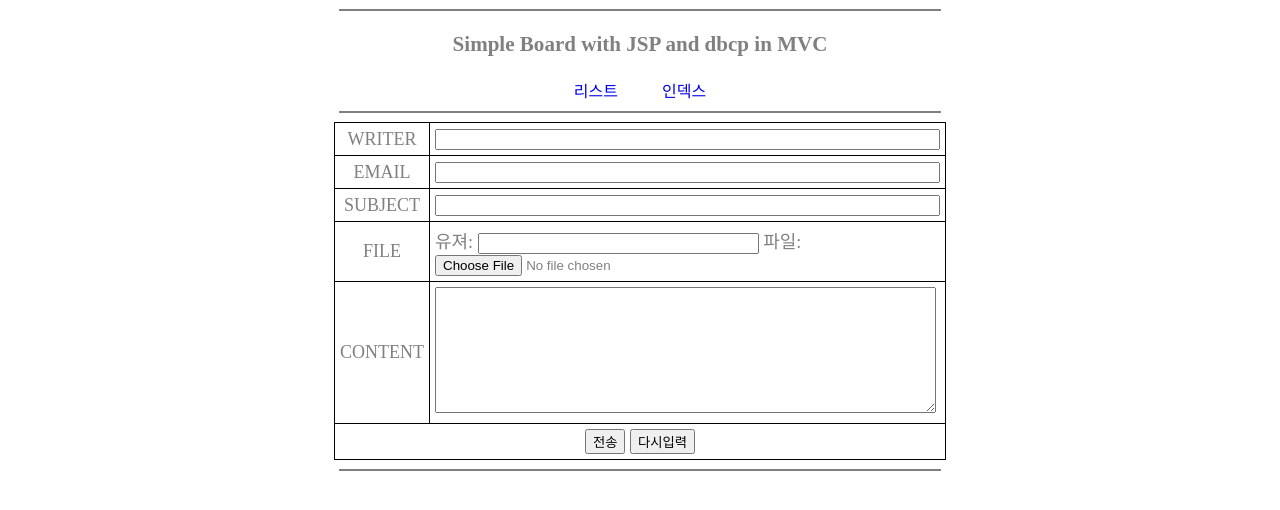
Repository: betweenhj702/Web-App-Server-Practices
Page: http://localhost/MvcPj/sm/write_jsp.jsp
The author's editor kept a copy of each file at every save. The page is drawn from the files as they stood at one save, then again after the next save.
The browser window is 1280 px wide. The pictures show the whole page.
The page is served by Tomcat 9. Other server files are loaded and not shown.

Above is the page before, as saved 2021-01-06 13:00:34.
Console error: TypeError: input.writer.focus is not a function

### workspace/MvcPj/WebContent/sm/write_jsp.jsp
<%@page contentType="text/html;charset=utf-8"%>
<!DOCTYPE html>
<html>
  <head>
    <meta charset="utf-8">
    <title>Simple Board with JSP and dbcp in MVC</title>
    <style>
		table, th, td {
		   border: 1px solid black;
		   border-collapse: collapse;
		}
		th, td {
		   padding: 5px;
		}
		a { text-decoration:none }
	</style>
	<script src="../js/check.js"></script>
	<script language="javascript">
	   function check()
	   {
	       for(var i=0; i<document.input.elements.length; i++)
		   {
		      var inputElem = document.input.elements[i]
			  if(inputElem.value == "")
			  {
			     alert("모든 값을 입력 하셔야 합니다. ");
				 return false;
			  }
		   }
			var writerval = input.writer.value;
			writerval = trim(writerval);
			pass = checkByteLen(writerval, 21);
			if(!pass){
				alert("이름 7자이하");
				input.writer.focus();
				return false;
			}
			var emailval = input.email.value;
			emailval = trim(emailval);
			pass = checkByteLen(emailval, 30);
			if(!pass){
				alert("이메일 10자이하");
				input.email.focus();
				return false;
			}
			var subjectval = input.subject.value;
			subjectval = trim(subjectval);
			pass = checkByteLen(subjectval, 30);
			if(!pass){
				alert("제목 10자이하");
				input.subject.focus();
				return false;
			}
			var contentval = input.content.value;
			contentval = trim(contentval);
			pass = checkByteLen(contentval, 600);
			if(!pass){
				alert("글 200자이하");
				input.writer.focus();
				return false;
			}
		   document.input.submit();
       }
	</script>
  </head>
  <body onload="input.writer.focus()">
	<font color="gray" size='4' face="휴먼편지체">
    <center>
	   <hr width="600" size='2' color="gray" noshade>
	      <h3> Simple Board with JSP and dbcp in MVC</h3>
		  	<font color="gray" size="3" face="휴먼편지체">
			<a href='sm.do'>리스트</a>
			&nbsp;&nbsp;&nbsp;&nbsp;&nbsp;&nbsp;&nbsp;&nbsp;&nbsp;
			<a href='../'>인덱스</a>
			</font>
	   <hr width="600" size="2" color="gray" noshade>
	</center>

	<form name="input" method="post" action="sm.do?m=insert">
	   <table border="0" width="600" align="center"  cellpadding="3" cellspacing="1" bordercolor="gray">
	      <tr>
		     <td width="30%" align="center">WRITER</td>
			 <td><input type="text" name="writer" size="60"></td>
		  </tr>
		  <tr>
		     <td align="center">EMAIL</td>
			 <td><input type="text" name="email" size="60"></td>
		  </tr>
          <tr>
		     <td align="center">SUBJECT</td>
			 <td><input type="text" name="subject" size="60"></td>
		  </tr>
		   <tr>
		     <td align="center">FILE</td>
			 <td> 유져: <input type="text" name="writer" size="32"> 파일: <input type="file" name="fname"></td>
		  </tr>
		  <tr>
		     <td align="center">CONTENT</td>
			 <td><textarea  name="content" style="width:98%" rows="8" cols="60"></textarea></td>
		  </tr>
		  <tr>
		     <td colspan="2" align="center">
			    <input type="button" value="전송" onclick="check()">
				<input type="reset" value="다시입력" onclick="input.writer.focus()">
			 </td>
		  </tr>
	   </table>
	   <hr width="600" size="2" color="gray" noshade>
	</form>
	</font>
  </body>
</html>

### workspace/MvcPj/WebContent/js/check.js
function trim(str){
	while(str && str.indexOf(" ") == 0)
		str = str.substring(1);
	while(str && str.lastIndexOf(" ") == str.length-1)
		str = str.substring(0, str.length-1);
	return str;
}
function checkByteLen(str, size){
	var byteLen = getByteLen(str);
	if(byteLen <= size){
		return true;
	}else{
		return false;
	}
}
function getByteLen(str){
	return str.replace(/[\0-\x7f]|([0-\u07ff]|(.))/g,"$&$1$2").length;
}

After the next save:
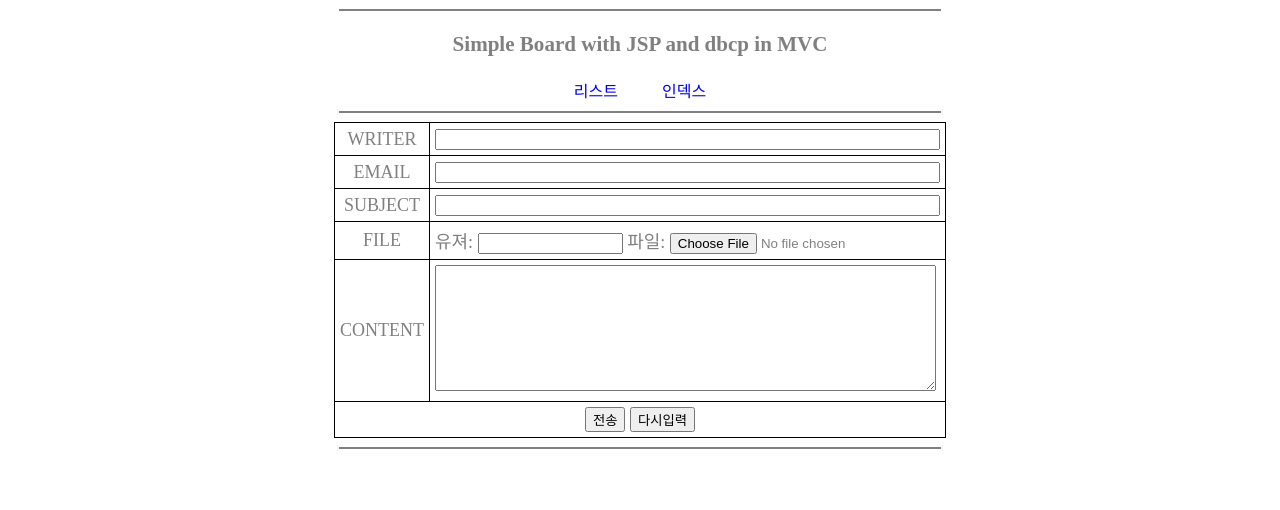
Saved 17 s later.
--- a/workspace/MvcPj/WebContent/sm/write_jsp.jsp
+++ b/workspace/MvcPj/WebContent/sm/write_jsp.jsp
@@ -92,7 +92,7 @@
 		  </tr>
 		   <tr>
 		     <td align="center">FILE</td>
-			 <td> 유져: <input type="text" name="writer" size="32"> 파일: <input type="file" name="fname"></td>
+			 <td> 유져: <input type="text" name="writer" size="15"> 파일: <input type="file" name="fname"></td>
 		  </tr>
 		  <tr>
 		     <td align="center">CONTENT</td>
